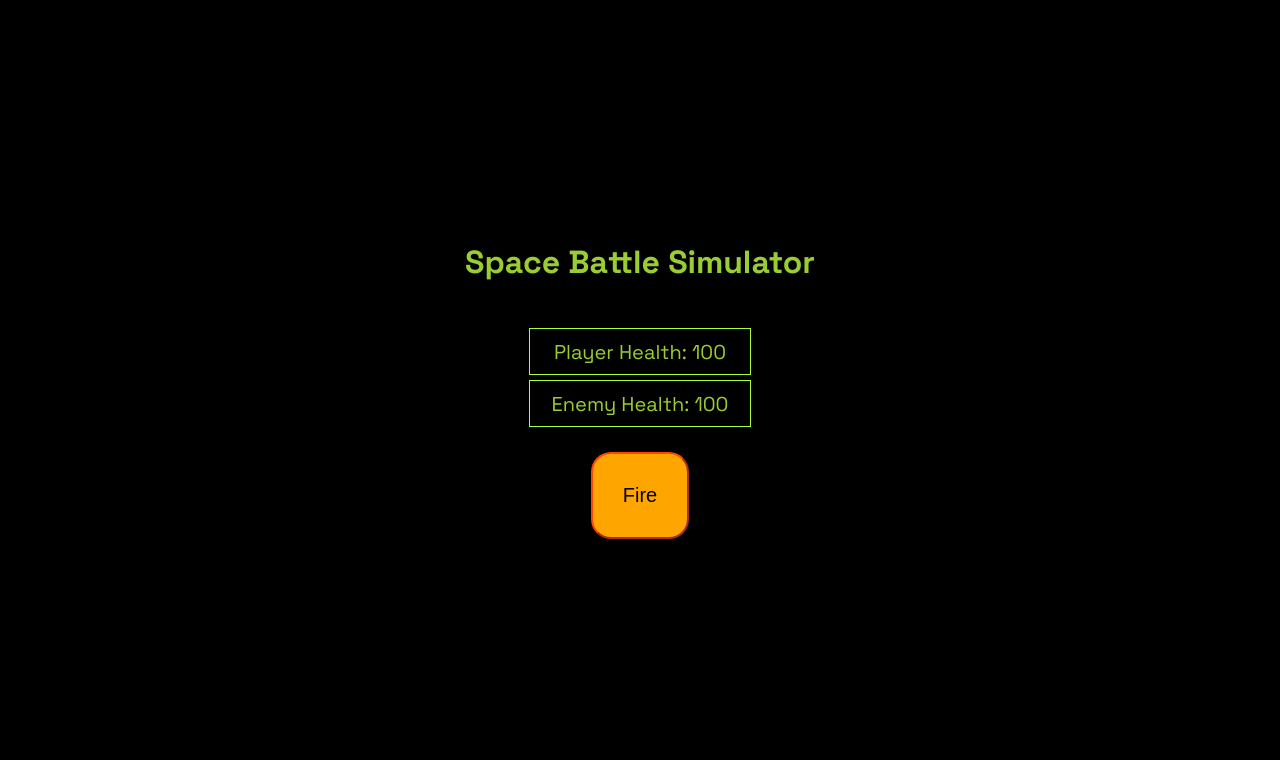
Repository: rmdayberry/Space-Battle
Page: /
These files come from the project's save history. The page is drawn as it stood at one moment and after the next save; the edit follows.
The browser window is 1280 px wide. The pictures show the whole page.
The project was rebuilt for these pictures with package versions that can differ from the ones it lists, and the page was loaded fresh each time. Also part of the build but not shown: vite.config.js, src/App.css.

Above is the page before, as saved 2024-08-24 10:59:05.

After the next save:
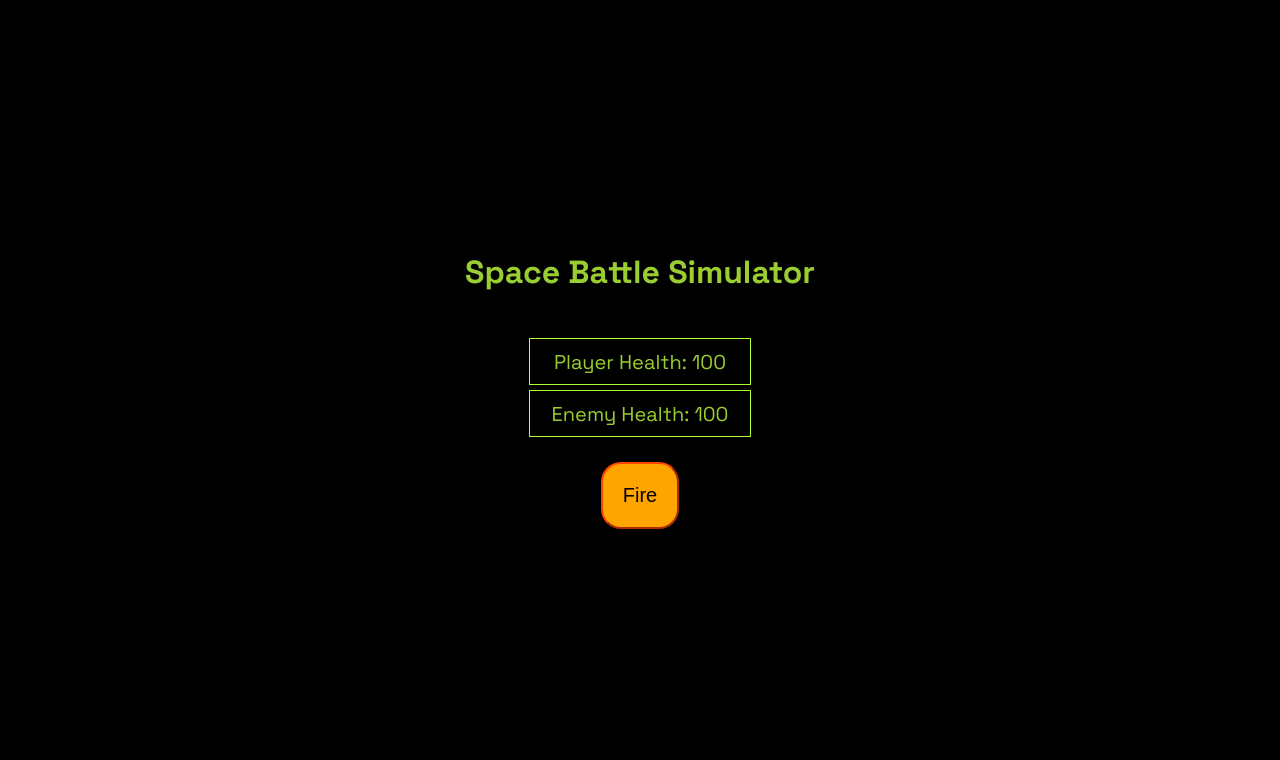
Saved 5 s later.
--- a/src/GameController.css
+++ b/src/GameController.css
@@ -4,5 +4,5 @@ button {
   border-radius: 20px;
   text-align: center;
   font-size: 20px;
-  padding: 30px;
+  padding: 20px;
 }
